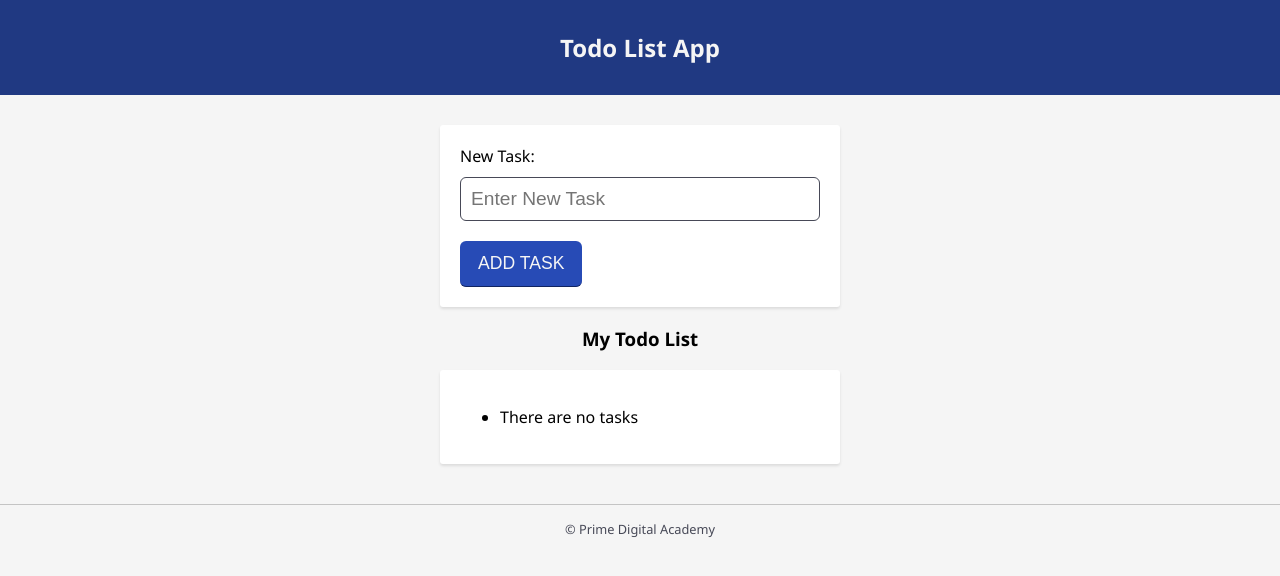
Repository: ryanmgregory/ursus-todo-list
Page: index.html
An editor plug-in stored every save of this project. The page is shown before and after the next save, followed by the edit.
The browser window is 1280 px wide. The pictures show the whole page.

Above is the page before, as saved 2020-03-19 23:09:17.

### index.html
<!DOCTYPE html>
<html lang="en">
  <head>
    <meta charset="UTF-8" />
    <meta name="viewport" content="width=device-width, initial-scale=1.0" />
    <link rel="stylesheet" href="style.css" />
    <script src="jquery-3.4.1.min.js" type="text/javascript"></script>
    <script src="javascript.js" type="text/javascript"></script>

    <title>Todo List</title>
  </head>
  <body>
    <header class="appBar">
      <h1 class="appBar-title">Todo List App</h1>
    </header>
    <!-- ASSIGNMENT CONTENT GOES BELOW HERE -->

    <!--Input field with "New Task" label.  "Add Task" BTN.  -->
    <div class="panel">
      <form class="js-form-add">
        <label class="fieldLabel">New Task:</label>
        <input class="js-input-task" type="text" placeholder="Enter New Task" />
        <button class="btn fullWidth" type="submit">ADD TASK</button>
      </form>
    </div>

    <!-- h3 "My To Do List"  -->
    <h3>My Todo List</h3>
    <!-- <UL> <OL single item: "There are no tasks in it"/>  -->
    <div class="panel">
      <ul class="js-unordered-list">
        <li class="js-single-item-list">
          There are no tasks
        </li>
      </ul>
    </div>
    <footer class="footer">
      &copy; Prime Digital Academy
    </footer>
  </body>
</html>

### style.css
/* ----------------------------------------
** Element Resets
** ---------------------------------------- */

h3 {
  text-align: center;
}

html,
body {
  margin: 0;
  height: 100%;
  background-color: #f5f5f5;
  font-family: "Segoe UI", Tahoma, Geneva, Verdana, sans-serif;
}

/* ----------------------------------------
** Footer
** ---------------------------------------- */

.footer {
  margin: 40px 0 0;
  padding: 15px 20px;
  border-top: 1px solid rgb(0, 0, 0, 0.2);
  color: #474957;
  text-align: center;
  font-size: 0.8rem;
}

/* ----------------------------------------
** App Bar
** ---------------------------------------- */

.appBar {
  margin: 0 0 30px;
  padding: 15px 20px;
  background-color: #203982;
  color: #f5f5f5;
  text-align: center;
}

.appBar-title {
  font-size: 1.5rem;
}

/* ----------------------------------------
** Panel
** - wrapping element meant to give the look
**   of a raised box
** ---------------------------------------- */

.panel {
  margin: 0 auto;
  padding: 20px;
  max-width: 90%;
  width: 400px;
  box-sizing: border-box;
  background-color: #ffffff;
  border-radius: 3px;
  box-shadow: 0 2px 3px rgb(0, 0, 0, 0.1);
}

.panel + .panel {
  margin-top: 20px;
}

/* ----------------------------------------
** Button
** - interactive element for clickable buttons
** ---------------------------------------- */

.btn {
  padding: 12px 18px;
  box-sizing: border-box;
  border-radius: 6px;
  background: #274bb6;
  border-width: 0;
  border-bottom: 1px solid #102461;
  color: #f5f5f5;
  text-align: center;
  font-size: 1.1rem;
  text-transform: uppercase;
  cursor: pointer;
}

.btn:hover {
  background-color: #102461;
}

.btn:disabled {
  border-width: 0;
  background-color: #b2b6d3;
  cursor: not-allowed;
}

.btn_fullWidth {
  width: 100%;
}

/* ----------------------------------------
** Form Fields
** - styling for both standard input and label
** ---------------------------------------- */

.fieldLabel {
  display: block;
  margin: 0 0 10px;
}

.js-input-task {
  margin: 0 0 20px;
  padding: 10px;
  width: 100%;
  box-sizing: border-box;
  border-radius: 6px;
  border: 1px solid #474957;
  font-size: 1.2rem;
}

/* ----------------------------------------
** Stacked List
** - meant for the element wrapping a list
**   of items
** ---------------------------------------- */

.stackedList {
  margin: 0;
  padding: 0;
  list-style: none;
}

.stackedList > * {
  display: flex;
  justify-content: space-between;
  align-items: center;
  padding: 10px;
  width: 100%;
  box-sizing: border-box;
}

.stackedList > * + * {
  border-top: 1px solid #75788d;
}

/* ----------------------------------------
** Actions and State
** - utility classes to alter a visual
** ---------------------------------------- */

.isComplete {
  background-color: #a8f0d4;
}

### javascript.js
$(document).ready(init);
// create addTask ready on page load
const todoArray = [];

function init() {
  $(".js-form-add").on("click", ".btn", addTask);
  // $(".js-unordered-list").on("click", ".js-btn-complete", toggleBtn);
}

const taskObject = {
  taskName: $(".js-input-task").val(),
  complete: false
};
// addTask function to receive task (as object) into array
// create object with name (string) & complete (boolean)
// added prevent default event to stop the page from reloading

function addTask(event) {
  event.preventDefault();
  console.log("in addTask");

  const taskObject = {
    taskName: $(".js-input-task").val(),
    complete: false
  };
  todoArray.push(taskObject);
  console.log("to do array:", todoArray);
  emptyField();
  render();
}

// empty input field after addTask
function emptyField() {
  $(".js-input-task").val("");
}

// Display object from array on <ul> on DOM
// empty array before each push
function render() {
  $(".js-unordered-list").empty();
  for (let i = 0; i < todoArray.length; i++) {
    const individualTask = todoArray[i];
    $(".js-unordered-list").append(`
        <div>
        <li>${individualTask.taskName} <button class="js-btn-complete">COMPLETE</button>  </li>
        <div>
        `);
  }
}

// btn click event to change value of object to true

function toggleBtn() {
  $(this.value === false);
}

//   console.log("in ToGgLe!!!");
//   if (($(this.parent()) = false)) {
//     console.log("its false");
//   }
//   if (($(this.parent()) = true)) {
//     console.log("its true");
//   }
// }

//   for (let i = 0; i < todoArray.length; i++) {
//     const individualTask = todoArray[i];
//     $(this).toggle($({.complete} = true));
//   }

// // console.log("todoArray:", todoArray);

// function toggleBtn() {
//   console.log("in ToGgLe!!!");
//   console.log("todoArray:", todoArray);
//   for (let i = 0; i < todoArray.length; i++) {
//     const individualTask = todoArray[i];
//     $(".js-unordered-list").append(`
//   <div>
//   <button class="js-btn-complete"${(individualTask.complete = true)}>COMPLETE</button>  </li>
//   <div>
//   `);
//   }
// }

Loaded but not shown: jquery-3.4.1.min.js (library)

After the next save:
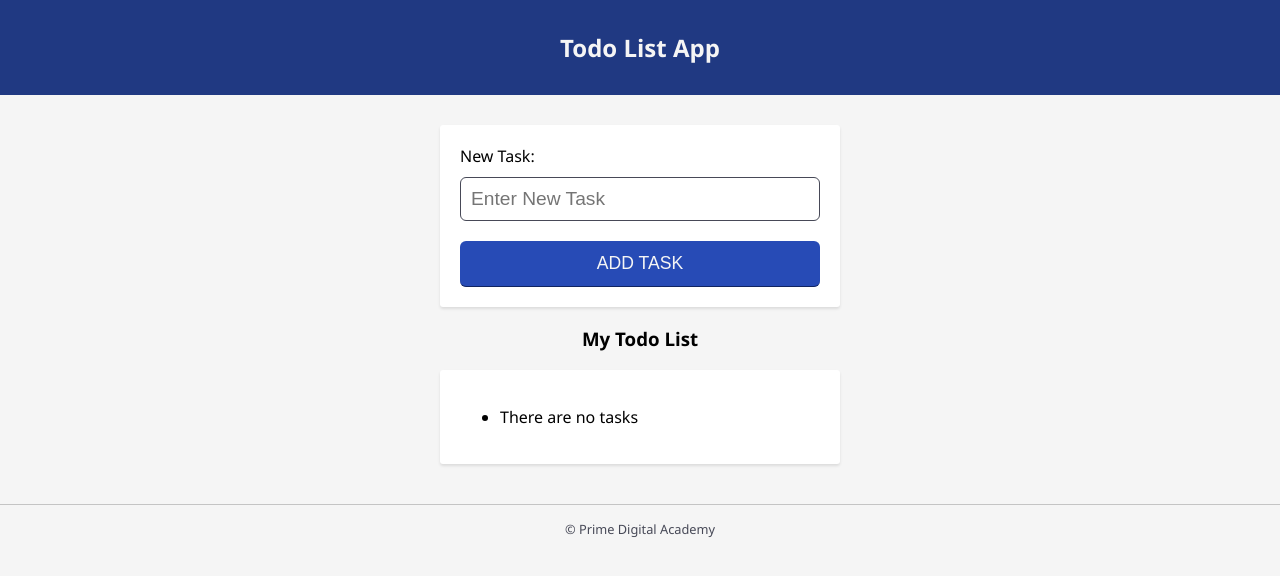
Saved 11 s later.
--- a/index.html
+++ b/index.html
@@ -20,7 +20,7 @@
       <form class="js-form-add">
         <label class="fieldLabel">New Task:</label>
         <input class="js-input-task" type="text" placeholder="Enter New Task" />
-        <button class="btn fullWidth" type="submit">ADD TASK</button>
+        <button class="btn btn_fullWidth" type="submit">ADD TASK</button>
       </form>
     </div>
 
